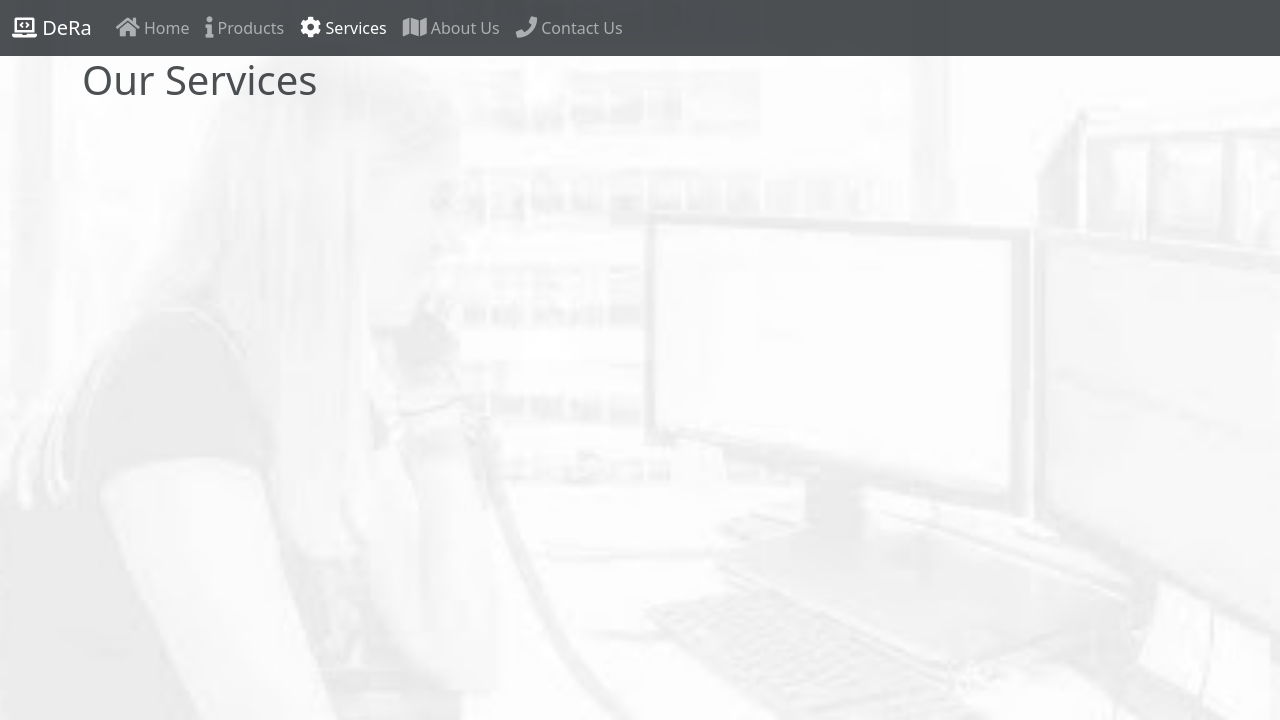
Repository: deividwsantoss/web6201-Lab1
Page: services.html
These files come from the project's save history. The page is drawn as it stood at one moment and after the next save; the edit follows.
The browser window is 1280 px wide. The pictures show the whole page.

Above is the page before, as saved 2021-02-02 19:43:36.
Console error: TypeError: Cannot set properties of null (setting 'textContent')

### services.html
<!DOCTYPE html>
<html lang="en">
<head>
    <meta charset="UTF-8">
    <meta name="viewport" content="width=device-width, initial-scale=1.0">
    <title>Services</title>
</head>
<!-- CSS SECTION-->
<link rel="stylesheet" href="./node_modules/bootstrap/dist/css/bootstrap.min.css">
<link rel="stylesheet" href="./node_modules/@fortawesome/fontawesome-free/css/all.min.css">
<link rel="stylesheet" href="./Content/app.css">

<body class="servicesbackgroud">
    <!-- Main Header-->
    <header>
        <nav class="navbar navbar-expand-lg navbar-dark bg-dark">
            <div class="container-fluid">
              <a class="navbar-brand" href="Index.html"><i class="fas fa-laptop-code"></i> DeRa</a>
              <button class="navbar-toggler" type="button" data-bs-toggle="collapse" data-bs-target="#navbarSupportedContent" aria-controls="navbarSupportedContent" aria-expanded="false" aria-label="Toggle navigation">
                <span class="navbar-toggler-icon"></span>
              </button>
              <div class="collapse navbar-collapse" id="navbarSupportedContent">
                <ul class="navbar-nav ml-auto mb-2 mb-lg-0">
                  <li class="nav-item">
                    <a class="nav-link " aria-current="page" href="Index.html"><i class="fas fa-home fa-lg"></i> Home</a>
                  </li>
                  <li class="nav-item">
                    <a class="nav-link" aria-current="page" href="products.html"><i class="fas fa-info fa-lg"></i> Products</a>
                  </li>
                  <li class="nav-item">
                    <a class="nav-link active" aria-current="page" href="services.html"><i class="fas fa-cog fa-lg"></i> Services</a>
                  </li>
                  <li class="nav-item">
                    <a class="nav-link" aria-current="page" href="about.html"><i class="fas fa-map fa-lg"></i> About Us</a>
                  </li>
                  <li class="nav-item">
                    <a class="nav-link" aria-current="page" href="contact.html"><i class="fas fa-phone fa-lg"></i> Contact Us</a>
                  </li>

                </ul>

              </div>
            </div>
          </nav>

    </header>


    <!-- Main Content-->
        <main class="container">
            <h1>Our Services</h1>
        </main>

    <!--- Script Section-->
    <script src="./node_modules/bootstrap/dist/js/bootstrap.bundle.min.js"></script>
    <script src="./node_modules/jquery/dist/jquery.min.js"></script>
    <script src="./Scripts/app.js"></script>
</body>

</html>

### Content/app.css
/* Custom CSS goes here */
body,html{
    height: 100%;
    margin: 0;
}
.bg{
    background-image: url("Background-White.jpg");
    background-repeat: no-repeat;
    background-size: cover;
    background-position: center;
    opacity: 0.8;
}

.contactimage{
    background-image:url("contactimg.jpg");
    background-repeat: no-repeat;
    background-size: cover;
    background-position: center;
    opacity: 0.8;
}
.productsbg {
    background-image:url("productsbg.jpg");
    background-repeat: no-repeat;
    background-size: cover;
    background-position: center;
    opacity: 0.8;
}

.servicesbackgroud{
    background-image:url("services.jpg");
    background-repeat: no-repeat;
    background-size: cover;
    background-position: center;
    opacity: 0.8;
}
.aboutus{
    background-image:url("bgimage.jpg");
    background-repeat: no-repeat;
    background-size: cover;
    background-position: center;
    opacity: 0.8;
}

### Scripts/app.js
/* Custom JavaScript goes here */


"use strict";

(function(){



    function Start(){
        console.log("App Start...");

        let paragraphOneText = "Welcome to DeRa Development Website for WebD6201";
        let paragraphOneElement = document.getElementById("paragraphOne");

        paragraphOneElement.textContent = paragraphOneText;

    }
    window.addEventListener("load",Start);

})();

Loaded but not shown: node_modules/bootstrap/dist/css/bootstrap.min.css (library); node_modules/@fortawesome/fontawesome-free/css/all.min.css (library); node_modules/bootstrap/dist/js/bootstrap.bundle.min.js (library); node_modules/jquery/dist/jquery.min.js (library)

After the next save:
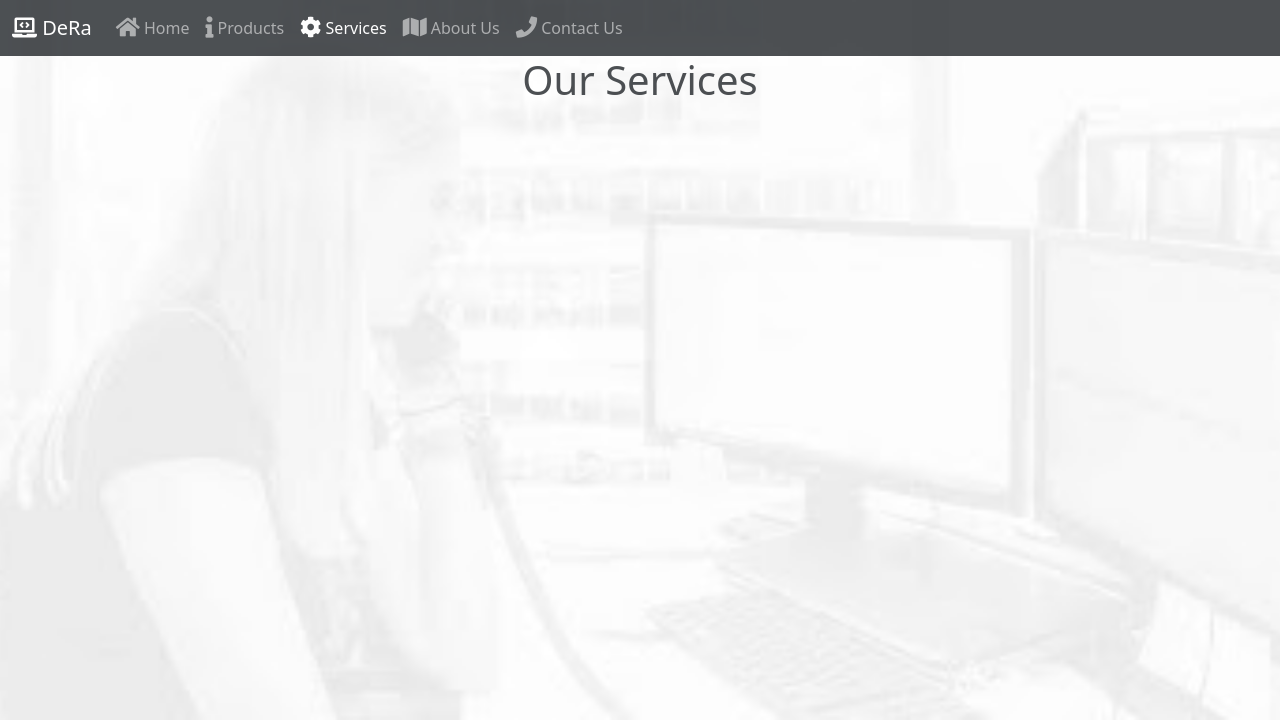
Saved 20 s later.
--- a/services.html
+++ b/services.html
@@ -48,7 +48,7 @@
 
     <!-- Main Content-->
         <main class="container">
-            <h1>Our Services</h1>
+            <h1 class="text-center">Our Services</h1>
         </main>
 
     <!--- Script Section-->
